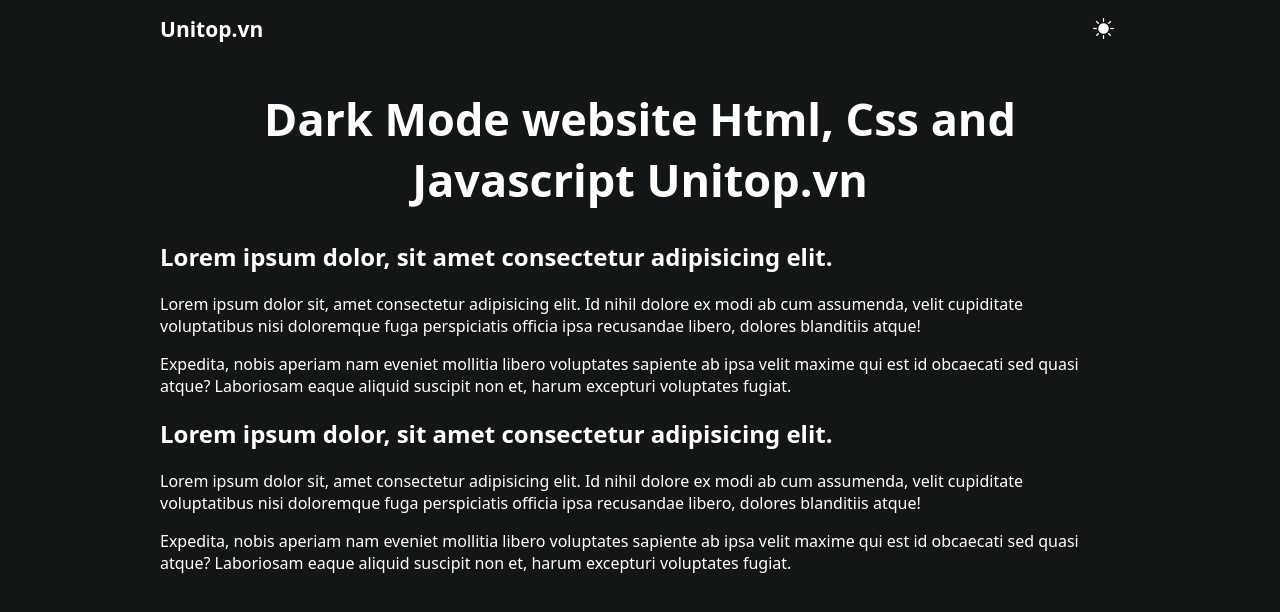
Repository: ducdatit2002/dark-mode-demo
Page: index.html
These files come from the project's save history. The page is drawn as it stood at one moment and after the next save; the edit follows.
The browser window is 1280 px wide. The pictures show the whole page.
After loading, the first visible `i.bi` was clicked once.

Above is the page before, as saved 2023-08-22 16:59:01.

### index.html
<!DOCTYPE html>
<html lang="en">
<head>
   <meta charset="UTF-8">
   <meta http-equiv="X-UA-Compatible" content="IE=edge">
   <meta name="viewport" content="width=device-width, initial-scale=1.0">
   <title>Dark Mode</title>
   <link rel="stylesheet" href="./index.css">
</head>
<body class="">
   <div id="wrapper">
      <div id="header">
         <div class="container d-flex justify-content-between align-items-center">
            <a href="" id="logo">Unitop.vn</a>
            <button id="switch-mode">
               <i class="bi bi-moon-stars-fill"></i>
            </button>
         </div>
      </div>
      <div id="content" class="container">
         <h1>Dark Mode website Html, Css and Javascript Unitop.vn</h1>
         <h2>Lorem ipsum dolor, sit amet consectetur adipisicing elit.</h2>
         <p>Lorem ipsum dolor sit, amet consectetur adipisicing elit. Id nihil dolore ex modi ab cum assumenda, velit cupiditate voluptatibus nisi doloremque fuga perspiciatis officia ipsa recusandae libero, dolores blanditiis atque!</p>
         <p>Expedita, nobis aperiam nam eveniet mollitia libero voluptates sapiente ab ipsa velit maxime qui est id obcaecati sed quasi atque? Laboriosam eaque aliquid suscipit non et, harum excepturi voluptates fugiat.</p>
         <h2>Lorem ipsum dolor, sit amet consectetur adipisicing elit.</h2>
         <p>Lorem ipsum dolor sit, amet consectetur adipisicing elit. Id nihil dolore ex modi ab cum assumenda, velit cupiditate voluptatibus nisi doloremque fuga perspiciatis officia ipsa recusandae libero, dolores blanditiis atque!</p>
         <p>Expedita, nobis aperiam nam eveniet mollitia libero voluptates sapiente ab ipsa velit maxime qui est id obcaecati sed quasi atque? Laboriosam eaque aliquid suscipit non et, harum excepturi voluptates fugiat.</p>
      </div>
   </div>

</body>
<script>
   const body = document.body;
   const switch_mode = document.querySelector('#switch-mode i');
   // Load mode
   let mode = localStorage.getItem('darkmode');
   if(mode=='true'){
      body.classList.add('dark');
      switch_mode.className = "bi bi-brightness-high-fill";
   }
   switch_mode.addEventListener('click', () =>{
      switch_mode.classList.toggle('bi-moon-stars-fill');
      switch_mode.classList.toggle('bi-brightness-high-fill');
      let mode = body.classList.toggle('dark');
      // save mode
      localStorage.setItem('darkmode', mode);
   });
</script>
</html>

### index.css
 @import url("https://cdn.jsdelivr.net/npm/bootstrap-icons@1.10.3/font/bootstrap-icons.css");
      body{
         margin: 0;
         font-family: system-ui, -apple-system, BlinkMacSystemFont, 'Segoe UI', Roboto, Oxygen, Ubuntu, Cantarell, 'Open Sans', 'Helvetica Neue', sans-serif;
      }
      .container{
         max-width: 960px;
         margin: 0 auto;
      }
      .d-flex{
         display: flex;
      }
      .justify-content-between{
         justify-content: space-between;
      }
      .align-items-center{
         align-items: center;
      }
      #header{
         background: #f5f5f5;
         padding: 15px 0px;
      }
      #header #logo{
         color: #333;
         text-decoration: none;
         font-size: 21px;
         font-weight: 600;
      }
      #header #switch-mode{
         outline: none;
         border: none;
         background: none;
         cursor: pointer;
      }
      #header #switch-mode i{
         font-size: 21px;
      }
      #content h1{
         text-align: center;
         font-size: 45px;
      }
      /* // Css Dark mode */
      body.dark{
         background: #131617;
         color: #fff;
      }
      body.dark #header{
         background: #131617;
      }
      body.dark #header #logo{
         color: #fff;
      }
      body.dark #header #switch-mode{
         color: #fff;
      }

After the next save:
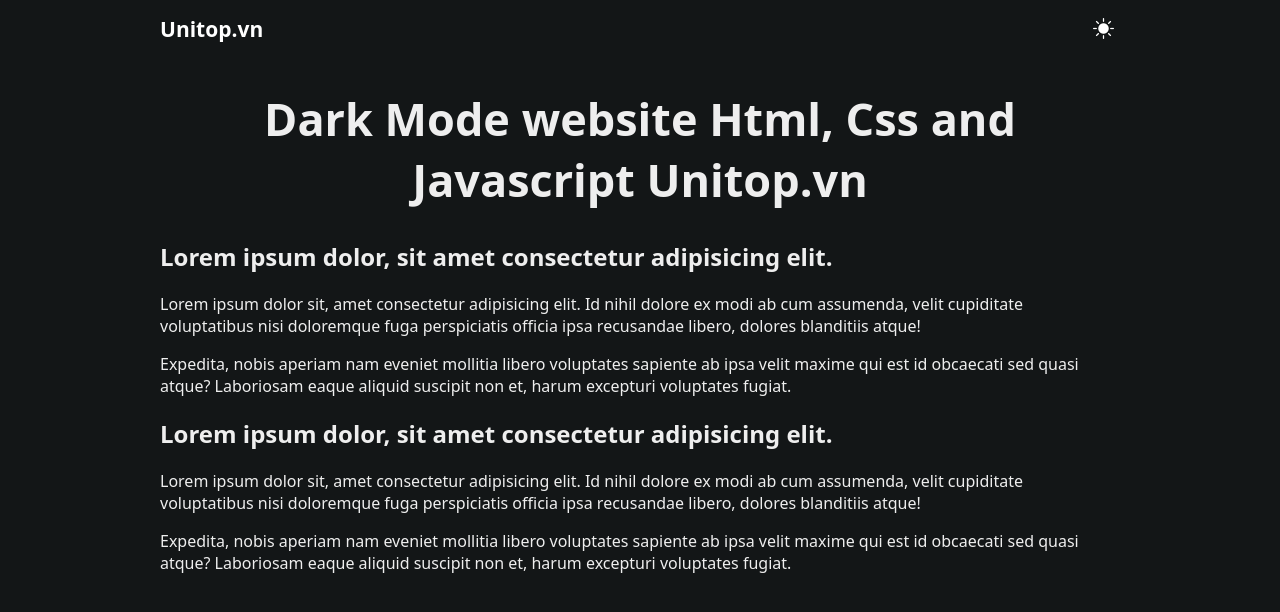
Saved 13 s later.
--- a/index.css
+++ b/index.css
@@ -42,7 +42,7 @@
       /* // Css Dark mode */
       body.dark{
          background: #131617;
-         color: #fff;
+         color: #eee;
       }
       body.dark #header{
          background: #131617;
